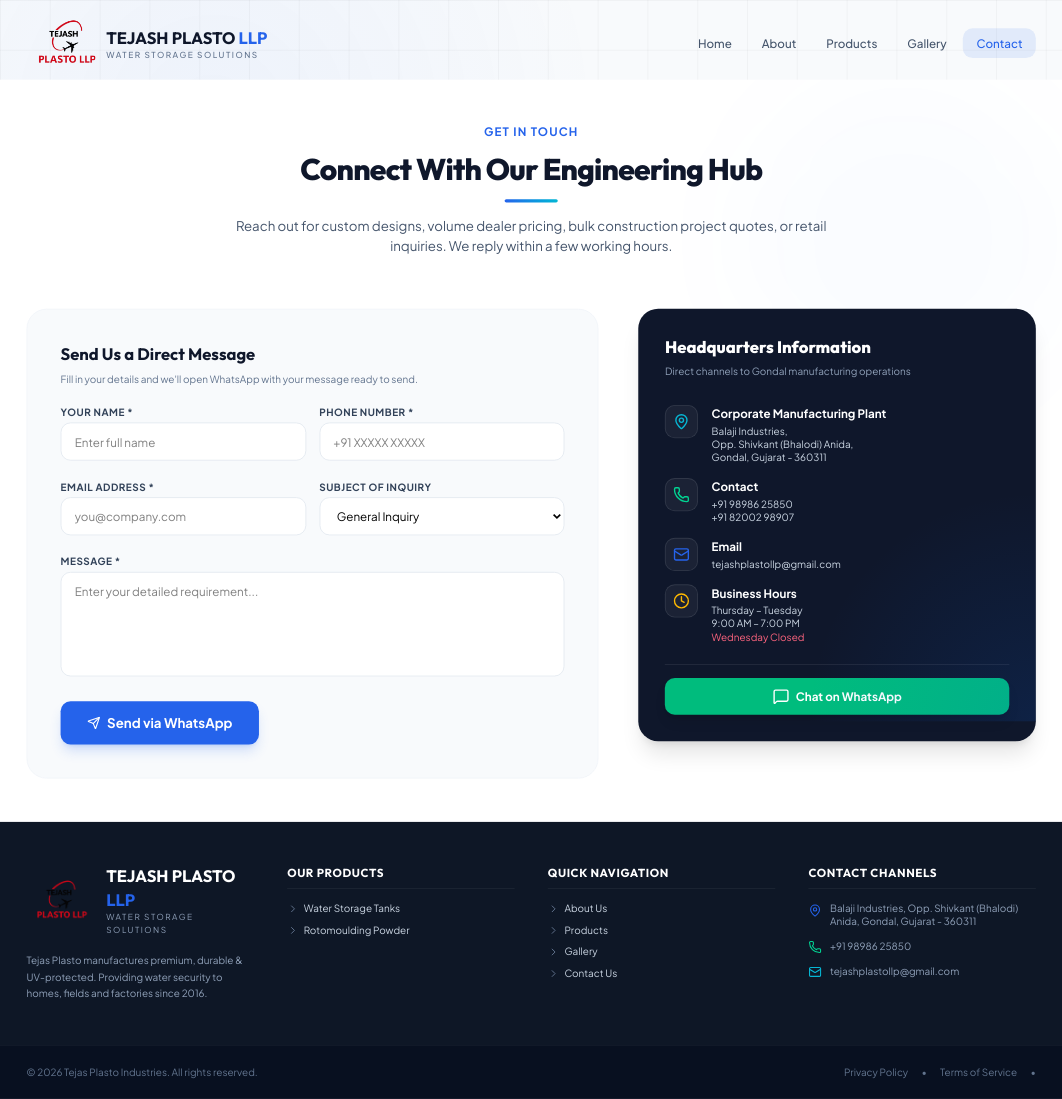
Repository: NikunjRajpara/TejasPlasto
Page: /contact
An editor plug-in stored every save of this project. The page is shown before and after the next save, followed by the edit.
The browser window is 1280 px wide. The pictures show the whole page, at 83% of full size.
The project was rebuilt for these pictures with package versions that can differ from the ones it lists, and the page was loaded fresh each time. Also part of the build but not shown: vite.config.js, src/components/Hero.jsx, src/data.js, src/components/CompanyOverview.jsx, src/components/ProductCategories.jsx, src/components/WhyChooseUs.jsx, src/components/ManufacturingProcess.jsx, src/components/Testimonials.jsx and 6 more.

Above is the page before, as saved 2026-07-09 18:09:58.

### index.html
<!doctype html>
<html lang="en">
  <head>
    <meta charset="UTF-8" />
    <meta name="viewport" content="width=device-width, initial-scale=1.0" />
    <title>Tejash Plasto LLP - Strong, Safe and Reliable Water Storage Tanks</title>
  </head>
  <body>
    <div id="root"></div>
    <script type="module" src="/src/main.jsx"></script>
  </body>
</html>

### src/main.jsx
import { StrictMode } from "react";
import { createRoot } from "react-dom/client";
import { BrowserRouter } from "react-router-dom";   // <-- Add this

import App from "./App.jsx";
import "./index.css";

createRoot(document.getElementById("root")).render(
  <StrictMode>
    <BrowserRouter>
      <App />
    </BrowserRouter>
  </StrictMode>
);

### src/App.jsx
import { BrowserRouter, Routes, Route } from "react-router-dom";
import Layout from "./layouts/Layout";
import Home from "./pages/Home";
import About from "./pages/About";
import Products from "./pages/Products";
import GalleryPage from "./pages/GalleryPage";
import ContactPage from "./pages/Contact";
import ScrollToTop from "./components/ScrollToTop";
export default function App() {
  return (
    <>
	<ScrollToTop />
      <Routes>

        <Route element={<Layout />}>

          <Route path="/" element={<Home />} />

          <Route path="/about" element={<About />} />

          <Route path="/products" element={<Products />} />

          <Route path="/gallery" element={<GalleryPage />} />

          <Route path="/contact" element={<ContactPage />} />

        </Route>

      </Routes>
    </>
  );
}

### src/index.css
@import url('https://fonts.googleapis.com/css2?family=Outfit:wght@300;400;500;600;700;800&family=Plus+Jakarta+Sans:wght@300;400;500;600;700;800&display=swap');
@import "tailwindcss";

@theme {
	--font-sans: "Plus Jakarta Sans", sans-serif;
	--font-display: "Outfit", sans-serif;

	--color-primary: #2563EB;
	--color-secondary: #06B6D4;
	--color-accent: #6366F1;
	--color-dark-footer: #0E1726;

	--color-bg-dark: #060913;
	--color-bg-card: rgba(13, 20, 38, .55);

	--color-text-dark: #F8FAFC;
	--color-text-light: #0F172A;

	--color-border: rgba(255, 255, 255, .08);

	--transition-smooth: all .3s ease;
}


html {
	scroll-behavior: smooth;
	font-family: var(--font-sans);
}

body {
	background: #f8fafc;
}

.dark body {
	background: #060913;
}

body::before {

	content: "";

	position: fixed;

	inset: 0;

	pointer-events: none;

	background:

		radial-gradient(circle at 20% 20%,
			rgba(37, 99, 235, .05),
			transparent 40%),

		radial-gradient(circle at 80% 80%,
			rgba(6, 182, 212, .05),
			transparent 40%),

		linear-gradient(rgba(0, 0, 0, .03) 1px, transparent 1px),

		linear-gradient(90deg,
			rgba(0, 0, 0, .03) 1px,
			transparent 1px);

	background-size:
		100%,
		100%,
		60px 60px,
		60px 60px;

	z-index: -1;

}

.font-display {
	font-family: var(--font-display);
}

.scrollbar-hide::-webkit-scrollbar {
	display: none;
}

.scrollbar-hide {
	scrollbar-width: none;
}

.gallery-wrapper {
	overflow: hidden;
	position: relative;
}

.gallery-track {
	display: flex;
	gap: 24px;
	width: max-content;
	animation: galleryScroll 35s linear infinite;
}

.gallery-track:hover {
	animation-play-state: paused;
}

@keyframes galleryScroll {
	from {
		transform: translateX(0);
	}

	to {
		transform: translateX(-50%);
	}
}

.glass-card {
	background: rgba(255, 255, 255, .75);
	backdrop-filter: blur(14px);
	border: 1px solid rgba(255, 255, 255, .4);
	box-shadow: 0 10px 30px rgba(0, 0, 0, .08);
	transition: .3s;
}

.dark .glass-card {
	background: rgba(13, 20, 38, .55);
	border: 1px solid rgba(255, 255, 255, .08);
}

.glass-card:hover {
	transform: translateY(-6px);
}

.gradient-btn {

	background: linear-gradient(135deg,
			#2563EB,
			#06B6D4);

	color: white;

	transition: .3s;

	box-shadow:
		0 12px 35px rgba(37, 99, 235, .25);

}

.gradient-btn:hover {

	transform: translateY(-3px);

	box-shadow:
		0 18px 40px rgba(6, 182, 212, .35);

}
.btn-primary{
    background:linear-gradient(135deg,#2563EB,#06B6D4);
    color:white;
    transition:.3s;
    box-shadow:0 12px 30px rgba(37,99,235,.25);
}

.btn-primary:hover{
    transform:translateY(-2px);
    box-shadow:0 18px 40px rgba(37,99,235,.35);
}
.card{
    background:white;
    border:1px solid rgb(226 232 240);
    border-radius:24px;
    box-shadow:0 10px 30px rgba(15,23,42,.06);
    transition:.3s;
}

.card:hover{
    transform:translateY(-6px);
    box-shadow:0 20px 40px rgba(15,23,42,.10);
}

### src/layouts/Layout.jsx
import { useState } from "react";
import { Outlet } from "react-router-dom";
import Navbar from "../components/Navbar";
import Footer from "../components/Footer";
export default function Layout() {
	return (
		<>
			{/* Navbar */}
			<Navbar />

			{/* Current Page */}
			<main className="pt-24">
				<Outlet
					context={{}}
				/>
			</main>

			{/* Footer */}
			<Footer />

		</>
	);
}

### src/pages/Contact.jsx
import Navbar from "../components/Navbar";
import Contact from "../components/Contact";
import Footer from "../components/Footer";

export default function ContactPage() {
  return (
    <>

      <Contact />

    </>
  );
}

### src/components/ScrollToTop.jsx
import { useEffect } from "react";
import { useLocation } from "react-router-dom";

export default function ScrollToTop() {
  const { pathname } = useLocation();

  useEffect(() => {
    window.scrollTo({
      top: 0,
      left: 0,
      behavior: "instant", // or "smooth"
    });
  }, [pathname]);

  return null;
}

### src/components/Navbar.jsx
import React, { useState, useEffect } from "react";
import { motion, AnimatePresence } from "framer-motion";
import logo from "../assets/images/logo.png";
import {Menu,X,} from "lucide-react";
import { NavLink } from "react-router-dom";

export default function Navbar({ }) {
	const [isScrolled, setIsScrolled] = useState(false);
	const [mobileMenuOpen, setMobileMenuOpen] = useState(false);

	useEffect(() => {
		const handleScroll = () => {
			setIsScrolled(window.scrollY > 20);
		};

		window.addEventListener("scroll", handleScroll);

		return () =>
			window.removeEventListener("scroll", handleScroll);
	}, []);

	const navLinks = [
		{
			name: "Home",
			path: "/",
		},
		{
			name: "About",
			path: "/about",
		},
		{
			name: "Products",
			path: "/products",
		},
		{
			name: "Gallery",
			path: "/gallery",
		},
		{
			name: "Contact",
			path: "/contact",
		},
	];

	return (
		<>
			<header
				className={`fixed top-0 left-0 right-0 z-40 transition-all duration-300 ${isScrolled
					? "bg-white/75 backdrop-blur-xl border-b border-slate-200/60 shadow-sm py-3"
					: "bg-transparent py-5"
					}`}
			>
				<div className="max-w-7xl mx-auto px-4 sm:px-6 lg:px-8">

					<div className="flex items-center justify-between">

						{/* Logo */}

						<NavLink to="/" className="flex items-center">
							<img
								src={logo}
								alt="Tejash Plasto LLP"
								className="h-16 w-auto"
							/>


							<div className="leading-tight">

								<h2 className="font-display text-xl font-bold text-slate-900">
									TEJASH PLASTO
									<span className="text-primary"> LLP</span>
								</h2>

								<p className="text-[10px] uppercase tracking-[0.18em] text-slate-500 font-medium">
									Water Storage Solutions
								</p>

							</div>
						</NavLink>

						{/* Desktop Navigation */}

						<nav className="hidden lg:flex items-center gap-1">

							{navLinks.map((item) => (

								<NavLink
									key={item.name}
									to={item.path}
									className={({ isActive }) =>
										`px-4 py-2 rounded-xl text-sm font-medium transition-all ${isActive
											? "bg-primary/10 text-primary"
											: "text-slate-600 hover:bg-slate-100 hover:text-slate-900"
										}`
									}
								>
									{item.name}
								</NavLink>

							))}

						</nav>
						{/* Mobile Menu Button */}

						<button
							onClick={() =>
								setMobileMenuOpen(!mobileMenuOpen)
							}
							className="lg:hidden p-2 rounded-xl border border-slate-200 hover:bg-slate-100"
						>
							{mobileMenuOpen ? (
								<X className="w-6 h-6" />
							) : (
								<Menu className="w-6 h-6" />
							)}
						</button>

					</div>

				</div>

			</header>

			{/* ========================= */}
			{/* Mobile Drawer */}
			{/* ========================= */}

			<AnimatePresence>

				{mobileMenuOpen && (
					<>

						{/* Backdrop */}

						<motion.div
							initial={{ opacity: 0 }}
							animate={{ opacity: 1 }}
							exit={{ opacity: 0 }}
							onClick={() =>
								setMobileMenuOpen(false)
							}
							className="fixed inset-0 bg-black/40 backdrop-blur-sm z-40"
						/>

						{/* Drawer */}

						<motion.div
							initial={{ x: "100%" }}
							animate={{ x: 0 }}
							exit={{ x: "100%" }}
							transition={{
								duration: 0.3,
							}}
							className="fixed top-0 right-0 bottom-0 w-[320px] bg-white z-50 shadow-2xl p-6 flex flex-col"
						>

							{/* Top */}

							<div className="flex items-center justify-between border-b border-slate-200 pb-5">

								<div className="flex items-center gap-3">

									<img
										src={logo}
										alt="Tejash Plasto LLP"
										className="h-12 w-auto"
									/>

									<div>

										<h3 className="font-display text-lg font-bold text-slate-900">
											TEJASH PLASTO
											<span className="text-primary"> LLP</span>
										</h3>

										<p className="text-[10px] uppercase tracking-widest text-slate-500">
											Water Storage Solutions
										</p>

									</div>

								</div>

								<button
									onClick={() =>
										setMobileMenuOpen(false)
									}
									className="w-10 h-10 rounded-xl border border-slate-200 flex items-center justify-center hover:bg-slate-100 transition"
								>
									<X className="w-5 h-5" />
								</button>

							</div>

							{/* Navigation */}

							<div className="mt-6 flex flex-col gap-2 flex-1">

								{navLinks.map((item) => (

									<NavLink
										key={item.name}
										to={item.path}
										onClick={() =>
											setMobileMenuOpen(false)
										}
										className={({ isActive }) =>
											`px-4 py-3 rounded-xl text-base font-medium transition ${isActive
												? "bg-primary text-white"
												: "text-slate-700 hover:bg-slate-100"
											}`
										}
									>
										{item.name}
									</NavLink>

								))}

							</div>
							{/* Bottom */}

						</motion.div>
					</>
				)}
			</AnimatePresence>
		</>
	);
}

### src/components/Footer.jsx
import { Mail, Phone, MapPin, ChevronRight } from "lucide-react";
import { NavLink } from "react-router-dom";
import logo from "../assets/images/logo.png";
export default function Footer() {
	const currentYear = new Date().getFullYear();

	const productLinks = [
		{ name: "Water Storage Tanks", path: "/products" },
		{ name: "Rotomoulding Powder", path: "/products" },
	];

	const quickLinks = [
		{ name: "About Us", path: "/about" },
		{ name: "Products", path: "/products" },
		{ name: "Gallery", path: "/gallery" },
		{ name: "Contact Us", path: "/contact" },
	];

	return (
		<footer className="bg-[#0E1726] text-slate-300 font-sans" id="app-footer">
			{/* Top Footer Sections */}
			<div className="max-w-7xl mx-auto px-4 sm:px-6 lg:px-8 py-13">
				<div className="grid grid-cols-1 md:grid-cols-2 lg:grid-cols-4 gap-10 items-start" id="footer-columns">

					{/* Col 1*/}
					<div className="lg:col-span-1 space-y-5">
						<NavLink to="/" className="flex items-center gap-3">

							<img
								src={logo}
								alt="Tejash Plasto LLP"
								className="h-14 w-auto"
							/>

							<div>

								<h3 className="font-display text-xl font-bold text-white">
									TEJASH PLASTO
									<span className="text-primary"> LLP</span>
								</h3>

								<p className="text-[10px] uppercase tracking-[0.18em] text-slate-400">
									Water Storage Solutions
								</p>

							</div>

						</NavLink>

						<p className="text-xs text-slate-400 leading-relaxed max-w-sm">
							Tejas Plasto manufactures premium, durable & UV-protected. Providing water security to homes, fields and factories since 2016.
						</p>



					</div>

					{/* Col 2*/}
					<div className="lg:col-span-1 space-y-4">
						<h4 className="font-display font-bold text-white text-sm uppercase tracking-wider border-b border-white/5 pb-2">
							Our Products
						</h4>
						<ul className="space-y-2.5 text-xs">
							{productLinks.map((link, idx) => (
								<li key={`${link.name}-${idx}`}>
									<a
										href={link.href}
										className="hover:text-primary transition-colors flex items-center gap-1.5"
									>
										<ChevronRight className="w-3.5 h-3.5 text-slate-500" /> {link.name}
									</a>
								</li>
							))}
						</ul>
					</div>

					{/* Col 3*/}
					<div className="lg:col-span-1 space-y-4">
						<h4 className="font-display font-bold text-white text-sm uppercase tracking-wider border-b border-white/5 pb-2">
							Quick Navigation
						</h4>
						<ul className="space-y-2.5 text-xs">
							{quickLinks.map((link, idx) => (
								<li key={`${link.name}-${idx}`}>
									<a
										href={link.href}
										className="hover:text-primary transition-colors flex items-center gap-1.5"
									>
										<ChevronRight className="w-3.5 h-3.5 text-slate-500" /> {link.name}
									</a>
								</li>
							))}
						</ul>
					</div>

					{/* Col 4*/}
					<div className="lg:col-span-1 space-y-4">
						<h4 className="font-display font-bold text-white text-sm uppercase tracking-wider border-b border-white/5 pb-2">
							Contact Channels
						</h4>
						<ul className="space-y-3.5 text-xs text-slate-400">
							<li className="flex items-start gap-2.5">
								<MapPin className="w-4 h-4 text-primary shrink-0 mt-0.5" />
								<span>
									Balaji Industries, Opp. Shivkant (Bhalodi) Anida, Gondal, Gujarat - 360311
								</span>
							</li>
							<li className="flex items-center gap-2.5">
								<Phone className="w-4 h-4 text-emerald-400 shrink-0" />
								<a href="tel:+919898625850" className="hover:text-white transition-colors">
									+91 98986 25850
								</a>
							</li>
							<li className="flex items-center gap-2.5">
								<Mail className="w-4 h-4 text-secondary shrink-0" />
								<a href="mailto:contact@tejasplasto.com" className="hover:text-white transition-colors">
									tejashplastollp@gmail.com
								</a>
							</li>
						</ul>
					</div>

				</div>
			</div>

			{/* Bottom Copyright Strip */}
			<div className="border-t border-white/5 bg-slate-950/40 text-slate-500 py-6 text-xs text-center">
				<div className="max-w-7xl mx-auto px-4 sm:px-6 lg:px-8 flex flex-col sm:flex-row items-center justify-between gap-4">
					<p>© {currentYear} Tejas Plasto Industries. All rights reserved.</p>
					<div className="flex gap-4">
						<a href="#faq" className="hover:text-slate-400 transition-colors">Privacy Policy</a>
						<span>•</span>
						<a href="#faq" className="hover:text-slate-400 transition-colors">Terms of Service</a>
						<span>•</span>
					</div>
				</div>
			</div>
		</footer>
	);
}

Loaded but not shown: src/components/Contact.jsx (335 lines, source omitted)

After the next save:
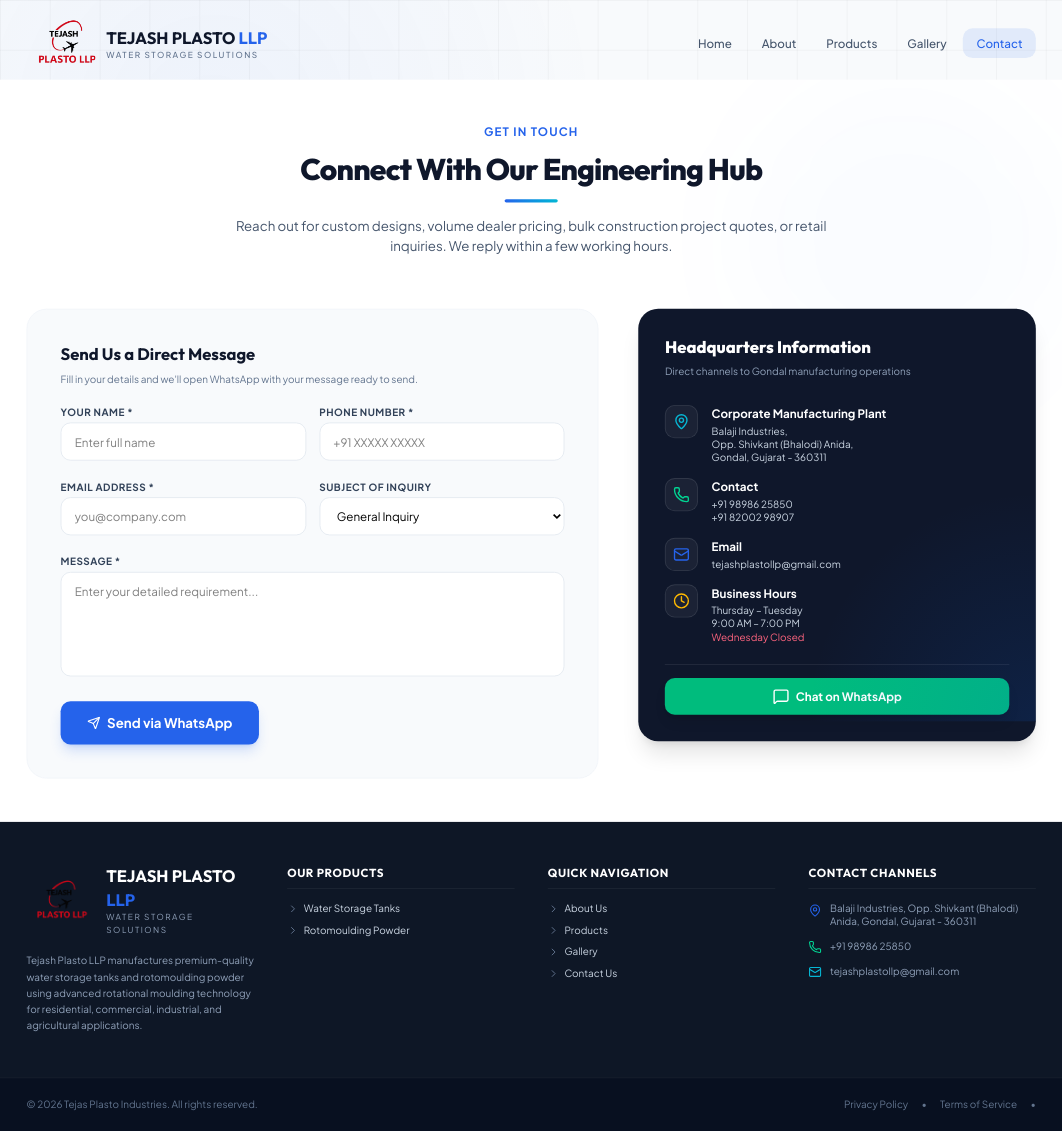
Saved 27 s later.
--- a/src/components/Footer.jsx
+++ b/src/components/Footer.jsx
@@ -48,7 +48,7 @@
 						</NavLink>
 
 						<p className="text-xs text-slate-400 leading-relaxed max-w-sm">
-							Tejas Plasto manufactures premium, durable & UV-protected. Providing water security to homes, fields and factories since 2016.
+							Tejash Plasto LLP manufactures premium-quality water storage tanks and rotomoulding powder using advanced rotational moulding technology for residential, commercial, industrial, and agricultural applications.
 						</p>
 
 
